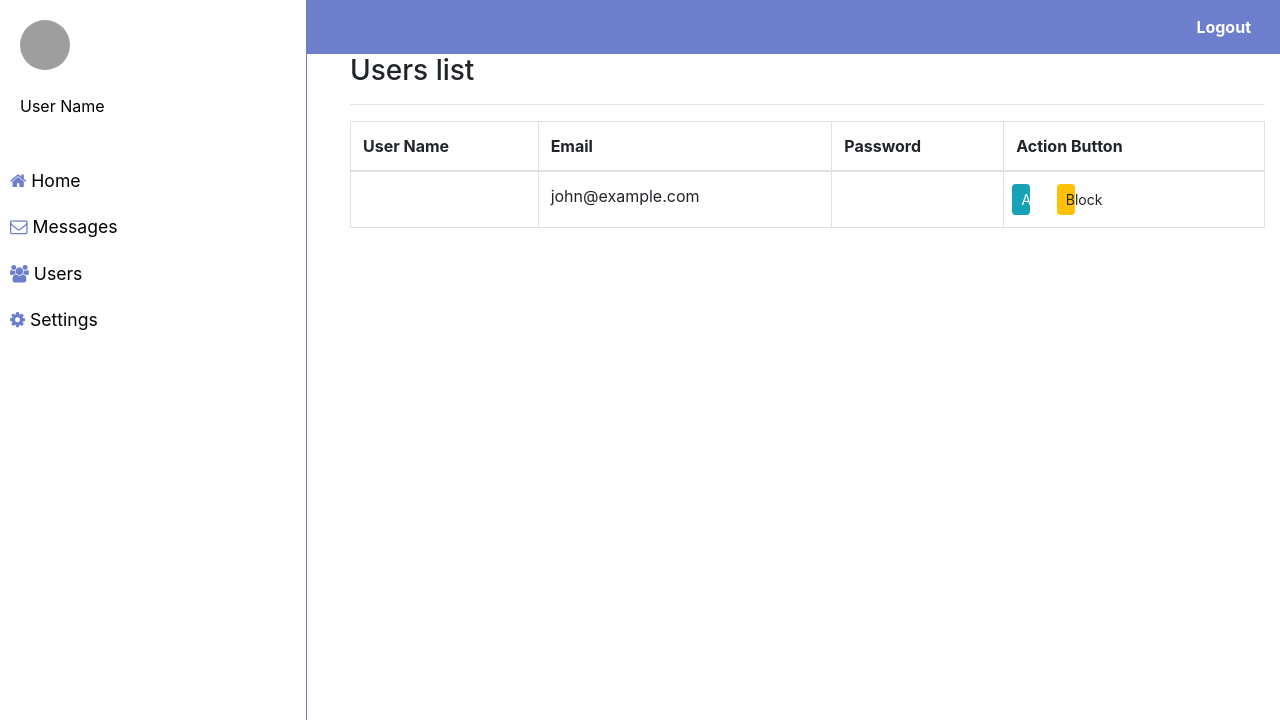
Repository: Evelyn-kate/chatapp-frontend-backend
Page: /users (app in my-app/)
These files come from the project's save history. The page is drawn as it stood at one moment and after the next save; the edit follows.
The browser window is 1280 px wide. The pictures show the whole page.
Pictures or frames that could not be fetched are drawn as grey boxes. Some web libraries are served in a nearby version. The project was rebuilt for these pictures with package versions that can differ from the ones it lists, and the page was loaded fresh each time. Also part of the build but not shown: my-app/src/components/WelcomeComponent.jsx, my-app/src/components/LoginComponent.jsx, my-app/src/components/WelcomedComponent.jsx, my-app/src/components/SettingsComponent.jsx, my-app/src/components/MessageComponent.jsx, my-app/src/components/AddComponent.jsx.

Above is the page before, as saved 2020-11-13 15:02:23.

### my-app/public/index.html
<!DOCTYPE html>
<html lang="en">

<head>
    <meta charset="utf-8" />
    <link rel="icon" href="%PUBLIC_URL%/favicon.ico" />
    <link rel="stylesheet" href="https://stackpath.bootstrapcdn.com/bootstrap/4.4.1/css/bootstrap.min.css" integrity="sha384-Vkoo8x4CGsO3+Hhxv8T/Q5PaXtkKtu6ug5TOeNV6gBiFeWPGFN9MuhOf23Q9Ifjh" crossOrigin="anonymous">
    <meta name="viewport" content="width=device-width, initial-scale=1" />
    <meta name="theme-color" content="#000000" />
    <meta name="description" content="Web site created using create-react-app" />
    <link rel="apple-touch-icon" href="%PUBLIC_URL%/logo192.png" />
    <link rel="stylesheet" href="https://cdnjs.cloudflare.com/ajax/libs/font-awesome/4.7.0/css/font-awesome.min.css" />

    <!--
      manifest.json provides metadata used when your web app is installed on a
      user's mobile device or desktop. See https://developers.google.com/web/fundamentals/web-app-manifest/
    -->
    <link rel="manifest" href="%PUBLIC_URL%/manifest.json" />
    <!--
      Notice the use of %PUBLIC_URL% in the tags above.
      It will be replaced with the URL of the `public` folder during the build.
      Only files inside the `public` folder can be referenced from the HTML.

      Unlike "/favicon.ico" or "favicon.ico", "%PUBLIC_URL%/favicon.ico" will
      work correctly both with client-side routing and a non-root public URL.
      Learn how to configure a non-root public URL by running `npm run build`.
    -->
    <title>React App</title>
</head>

<body>
    <noscript>You need to enable JavaScript to run this app.</noscript>

    <script src="https://code.jquery.com/jquery-3.4.1.slim.min.js" integrity="sha384-J6qa4849blE2+poT4WnyKhv5vZF5SrPo0iEjwBvKU7imGFAV0wwj1yYfoRSJoZ+n" crossOrigin="anonymous"></script>
    <script src="https://cdn.jsdelivr.net/npm/popper.js@1.16.0/dist/umd/popper.min.js" integrity="sha384-Q6E9RHvbIyZFJoft+2mJbHaEWldlvI9IOYy5n3zV9zzTtmI3UksdQRVvoxMfooAo" crossOrigin="anonymous"></script>
    <script src="https://stackpath.bootstrapcdn.com/bootstrap/4.4.1/js/bootstrap.min.js" integrity="sha384-wfSDF2E50Y2D1uUdj0O3uMBJnjuUD4Ih7YwaYd1iqfktj0Uod8GCExl3Og8ifwB6" crossOrigin="anonymous"></script>
    <!-- <script src="https://facebook.github.io/react/js/jsfiddle-integration-babel.js"></script> -->
    <script src="https://ajax.googleapis.com/ajax/libs/jquery/1.11.1/jquery.min.js"></script>
    <script src="https://unpkg.com/axios/dist/axios.min.js"></script>

    <div id="root"></div>
    <!--
      This HTML file is a template.
      If you open it directly in the browser, you will see an empty page.

      You can add webfonts, meta tags, or analytics to this file.
      The build step will place the bundled scripts into the <body> tag.

      To begin the development, run `npm start` or `yarn start`.
      To create a production bundle, use `npm run build` or `yarn build`.
    -->
</body>

</html>

### my-app/src/index.js
import React from 'react';
import ReactDOM from 'react-dom';
import IndexComponent from './components/IndexComponent.jsx';
import './index.css';
import 'bootstrap/dist/css/bootstrap.min.css';
import './Login.scss';



ReactDOM.render( <
    IndexComponent / > ,
    document.getElementById('root')
);

### my-app/src/components/IndexComponent.jsx
import React from 'react';

import { BrowserRouter, Switch, Route } from 'react-router-dom';

import WelcomeComponent from './WelcomeComponent';

import LoginComponent from './LoginComponent';
import WelcomedComponent from './WelcomedComponent';
import UserComponent from './UserComponent';
import SettingsComponent from './SettingsComponent';
import MessageComponent from './MessageComponent';
import AddComponent from './AddComponent';


class IndexComponent extends React.Component {
    render() {
        return (
            <BrowserRouter>
                <Switch>
                    <Route exact path="/" component={LoginComponent} />
                    <Route path="/welcome/username" component={WelcomeComponent} />
                    <Route exact path="/logout" component={LoginComponent} />
                    <Route exact path="/welcome/admin" component={WelcomedComponent} />
                    <Route exact path="/users" component={UserComponent} />
                    <Route exact path="/users/add" component={AddComponent} />
                    <Route exact path="/settings" component={SettingsComponent} />
                    <Route exact path="/messages" component={MessageComponent} />
                </Switch>
            </BrowserRouter>
        );
    }
}
export default IndexComponent;

### my-app/src/Login.scss
/* styling the login page*/


/* form {
    border: 3px solid #7c84ec;
    position: absolute;
    background: blue;
} */

.form-login {
    background-color: #318CE7;
    border: 3px solid #7c84ec;
    position: absolute;
}

.box-login {
    padding-top: 50px;
}

button {
    background-color: #dbf113;
    color: white;
    padding: 14px 20px;
    margin: 8px 0;
    border: none;
    cursor: pointer;
    width: 75%;
    float: right;
}

button:hover {
    opacity: 0.8;
}

button.logout {
    width: initial;
    color: #fff
}

// css avatar
.avatar {
    vertical-align: middle;
    width: 50px;
    height: 50px;
    border-radius: 50%;
}

span.psw {
    float: left;
    //padding-top: 16px;
}

.btn btn-outline-success my-2 my-sm-0 {
    width: 40%;
    padding-block: 80px;
}

// Welcome style
.main-text {
    display: flex;
    min-height: 80vh;
    align-items: center;
    justify-content: center;
}


/*my style sidebar start*/

.wrapper {
    display: flex;
    width: 100%;
    align-items: stretch;
    overflow-x: hidden;
    overflow-y: auto;
}

a[data-toggle="collapse"] {
    position: relative;
}

.dropdown-toggle::after {
    display: block;
    position: absolute;
    top: 50%;
    right: 20px;
    transform: translateY(-50%);
}

@media (max-width: 700px) {
    #sidebar {
        margin-left: -250px;
    }
    #sidebar.active {
        margin-left: 0;
    }
}


/*
    ADDITIONAL DEMO STYLE, NOT IMPORTANT TO MAKE THINGS WORK BUT TO MAKE IT A BIT NICER :)
*/

///@import "https://fonts.googleapis.com/css?family=Poppins:300,400,500,600,700";
body {
    font-family: 'Poppins', sans-serif;
    background: #fafafa;
    overflow: scroll;
}

p {
    font-family: 'Poppins', sans-serif;
    font-size: 1.1em;
    font-weight: 300;
    line-height: 1.7em;
    color: #000;
}

a,
a:hover,
a:focus {
    color: inherit;
    text-decoration: none;
    transition: all 0.3s;
}

#sidebar {
    /* don't forget to add all the previously mentioned styles here too */
    background: #fff;
    color: #000;
    transition: all 0.3s;
    height: 100%;
    width: 24%;
    position: fixed;
    //min-height: 1000px;
    z-index: 999;
    overflow: auto;
    top: 0;
    bottom: 0px;
    left: 0;
    border-right: 1px solid #6d7fcc;
}

#sidebar .sidebar-header {
    padding: 20px;
    background: #fff;
}

#sidebar ul.components {
    padding: 20px 0;
    //  border-bottom: 1px solid #47748b;
}

#sidebar ul p {
    color: #fff;
    padding: 10px;
}

#sidebar ul li a {
    padding: 10px;
    font-size: 1.1em;
    display: block;
    text-decoration: none;
    color: #000;
}

#sidebar ul li a:hover {
    color: #000;
    background: #cecece;
}

#sidebar ul li.active>a,
a[aria-expanded="true"] {
    color: #000;
    background: #cecece;
}

ul ul a {
    font-size: 0.9em !important;
    padding-left: 30px !important;
    background: #fff;
}


/*my style sidebar end*/

.navbarr {
    background-color: #6d7fcc;
    padding-left: 0%;
}

.navbardiv {
    margin-left: -30px;
}

.fa {
    color: #6d7fcc;
}


/* Add media queries for small screens (when the height of the screen is less than 450px, add a smaller padding and font-size) */


/* @media screen and (max-height: 450px) {
    .sidebar {
        padding-top: 15px;
    }
    .sidebar a {
        font-size: 18px;
    }
}
 */


/*message start style*/

.container1 {
    border: 2px solid #dedede;
    background-color: #fff;
    border-radius: 5px;
    padding: 10px;
    margin: 10px 10px 10px 10px;
}


/* Darker chat container */

.darker {
    border-color: #ccc;
    background-color: #ddd;
}


/* Clear floats */

.container1::after {
    content: "";
    clear: both;
    display: table;
}


/* Style time text */

.time-right {
    float: right;
    color: #aaa;
}


/* Style time text */

.time-left {
    float: left;
    color: #999;
}

.publisher {
    position: relative;
    display: -webkit-box;
    display: flex;
    -webkit-box-align: center;
    align-items: center;
    padding: 12px 20px;
    background-color: #f9fafb
}

.publisher>*:first-child {
    margin-left: 0
}

.publisher>* {
    margin: 0 8px
}

.publisher-input {
    -webkit-box-flex: 1;
    flex-grow: 1;
    border: none;
    outline: none !important;
    background-color: transparent
}

.publisher-btn {
    background-color: transparent;
    border: none;
    color: #8b95a5;
    font-size: 16px;
    cursor: pointer;
    overflow: -moz-hidden-unscrollable;
    -webkit-transition: .2s linear;
    transition: .2s linear
}

.file-group input[type="file"] {
    position: absolute;
    opacity: 0;
    z-index: -1;
    width: 20px
}

.text-info {
    color: #48b0f7;
}


/* Style message avatar */

.container1 img {
    float: left;
    max-width: 60px;
    width: 100%;
    margin-right: 20px;
    border-radius: 50%;
}


/* Style the right image */

.container1 img.right {
    float: right;
    margin-left: 20px;
    margin-right: 0;
}


/*message styles end*/

@import "~bootstrap/scss/bootstrap";

### my-app/src/components/UserComponent.jsx
import React from 'react';
import NavComponent from './NavComponent';
import SideComponent from './SideComponent';



class UserComponent extends React.Component {
    // logout() {
    //     this.props.history.push('/logout');
    // }
    render() {
        const { username } = this.props.match.params;
        console.log(username);
        return (
            <div>

                <div className="container-fluid">
                    <div className="row">
                        {/* <!-- The sidebar --> */}
                        <div className="col-3">
                            <div>
                                <SideComponent />
                            </div>
                        </div>

                        <div className="col-9 pr-0">
                            {/*navbar component*/}
                            <NavComponent history={this.props.history} />


                            <div className="container">
                                <div className="panel panel-info">
                                    <div className="panel-heading">
                                        <h3> Users list</h3>
                                        <hr />
                                    </div>

                                    <div className="panel-body">


                                        <table className="table table-bordered" id="example">
                                            <thead>
                                                <tr>
                                                    <th>User Name</th>
                                                    <th>Email</th>
                                                    <th>Password</th>
                                                    <th>Action Button</th>
                                                </tr>
                                            </thead>
                                            <tbody>
                                                <tr>
                                                    <td></td>
                                                    <td>john@example.com</td>
                                                    <td></td>
                                                    <td>
                                                        <div className="row">
                                                            <div className="col-2">
                                                                <button className="btn btn-sm btn-info">Add<a href="/users/add"></a></button>
                                                            </div>
                                                            <div className="col-2">
                                                                <button className="btn btn-sm btn-warning">Block</button>
                                                            </div>
                                                        </div>
                                                    </td>
                                                </tr>

                                            </tbody>
                                        </table>

                                    </div>
                                </div>
                            </div>

                        </div>

                    </div>
                </div>
            </div>
        );
    }
}

export default UserComponent;

### my-app/src/components/NavComponent.jsx
import React from 'react';

class NavComponent extends React.Component{
    logout = () => {
        this.props.history.push('/logout');
    }
    render () {
        return (
            <div className="navbardiv">
                <nav className="navbar navbarr justify-content-end navbar-expand-lg">
                    <button className="btn btn-default logout" type="submit" onClick={this.logout}> <b>Logout</b></button>
                </nav>
            </div>
        );

    }
}
export default NavComponent;

### my-app/src/components/SideComponent.jsx
import React from 'react';

class SideComponent extends React.Component {
    render() {
        return (
            /*             <div class="sidebar">
                        <img src="/images/User_Avatar_2.png" alt="Avatar" className="avatar"/>
                        <h1>Username</h1>
                        <h4>User@worldvoice.eu</h4>
                        <a href="#home"><i className="fa fa-fw fa-envelope"></i>Messages</a>
                        <a href="#clients"><i className="fa fa-fw fa-user"></i> Users</a>
                        <a href="#contact"><i className="fa fa-fw fa-cog"></i>Settings</a>
                     </div>*/


            <nav id="sidebar">
                <div className="sidebar-header">
                    <div>
                        <img src="images/User.jpg" alt="Avatar" className="avatar" />
                    </div>
                    <br />
                    <span>User Name</span>

                </div>

                <ul className="list-unstyled components">
                    <li>

                        <a href=" http://localhost:3000/welcome/username">
                            <i className="fa fa-home" aria-hidden="true"></i>     Home
                         </a>
                    </li>

                    <li>

                        <a href=" http://localhost:3000/messages">
                            <i className="fa fa-envelope-o" aria-hidden="true"></i>     Messages
                </a>
                    </li>

                    <li>
                        <a href=" http://localhost:3000/users"><i className="fa fa-users" aria-hidden="true"></i>     Users</a>
                    </li>
                    <li>
                        <a href=" http://localhost:3000/settings"><i className="fa fa-cog" aria-hidden="true"></i>     Settings</a>
                    </li>
                </ul>
            </nav>




        );


    }

}
export default SideComponent;

Loaded but not shown: my-app/src/index.css (common file)

After the next save:
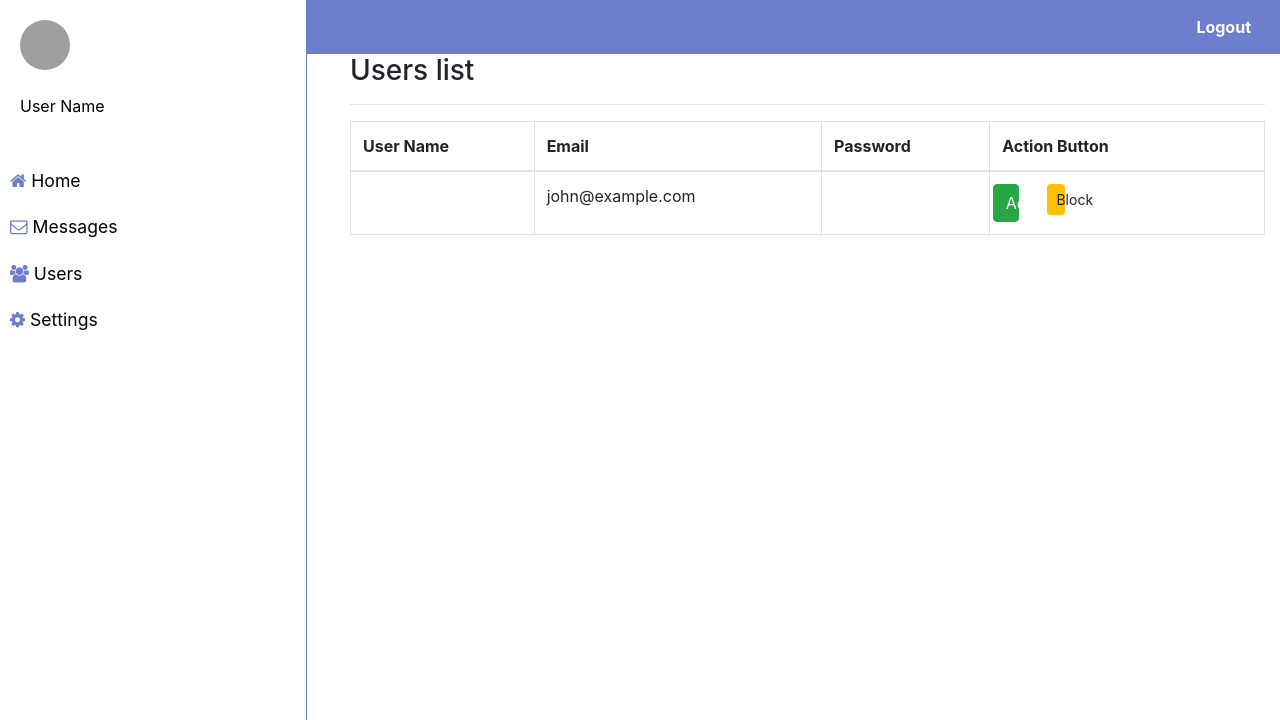
Saved 73 s later.
--- a/my-app/src/components/UserComponent.jsx
+++ b/my-app/src/components/UserComponent.jsx
@@ -55,7 +55,7 @@ class UserComponent extends React.Component {
                                                     <td>
                                                         <div className="row">
                                                             <div className="col-2">
-                                                                <button className="btn btn-sm btn-info">Add<a href="/users/add"></a></button>
+                                                                <button className="btn btn-success">Add<a href="/users/add"></a></button>
                                                             </div>
                                                             <div className="col-2">
                                                                 <button className="btn btn-sm btn-warning">Block</button>
